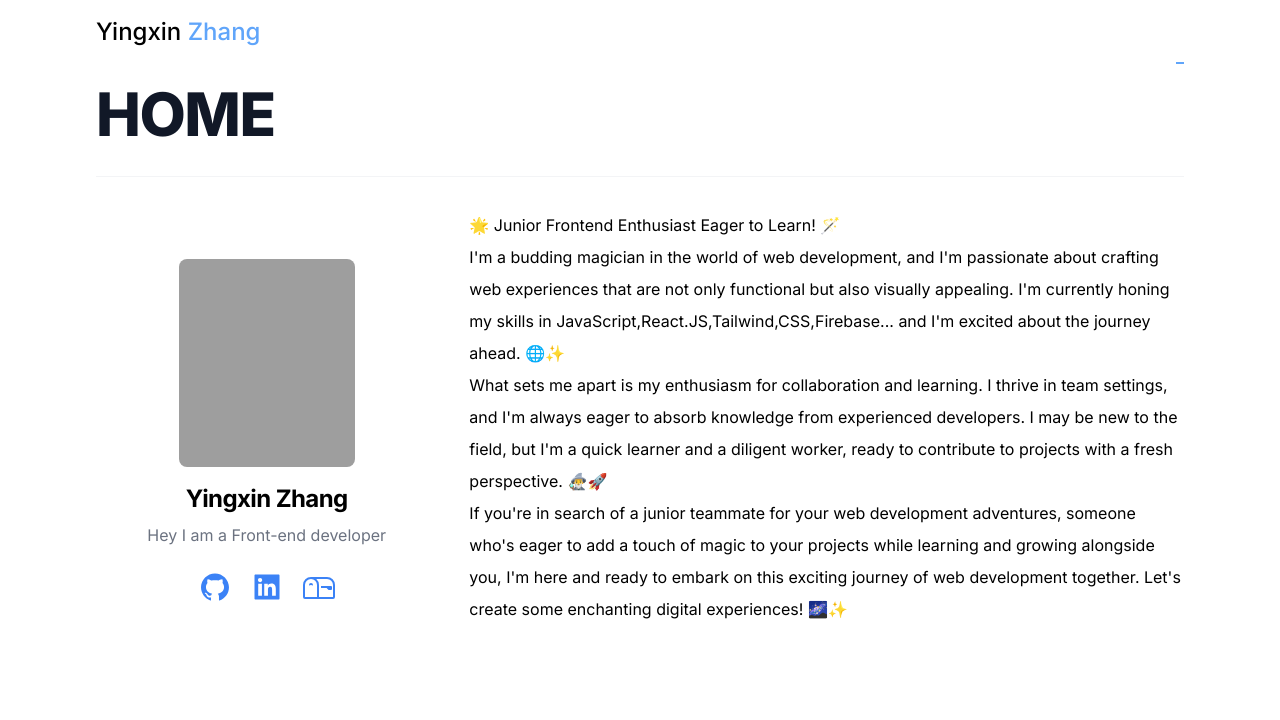
Repository: Tracy-maker/projects_collection
Page: /
The author's editor kept a copy of each file at every save. The page is drawn from the files as they stood at one save, then again after the next save.
The browser window is 1280 px wide. The pictures show the whole page.
Pictures or frames that could not be fetched are drawn as grey boxes. The project was rebuilt for these pictures with package versions that can differ from the ones it lists, and the page was loaded fresh each time. The framework's server and built-in components were replaced by stand-ins that run in the browser. Also part of the build but not shown: next.config.js.

Above is the page before, as saved 2023-11-27 15:58:56.

### app/layout.tsx
import "./globals.css";
import type { Metadata } from "next";
import { Inter } from "next/font/google";
import Navbar from "./components/NavBar";
import { Provider } from "./components/Provider";

const inter = Inter({ subsets: ["latin"] });

export const metadata: Metadata = {
  title: "Projects Collection",
  description: "project list",
};

export default function RootLayout({
  children,
}: {
  children: React.ReactNode;
}) {
  return (
    <html lang="en" suppressHydrationWarning>
      <body
        className={`${inter.className} bg-white text-black dark:bg-[#090908] dark:text-white h-full selection:bg-gray-500 dark:selection:bg-gray-800`}
      >
        <Provider>
          <Navbar />
          <main className="max-w-6xl mx-auto px-6 sm:px-8 lg:px-8">
            {children}
          </main>
        </Provider>
      </body>
    </html>
  );
}

### app/page.tsx
import Image from "next/image";
import myImage from "./utils/1.png";

export default function Home() {
  return (
    <div className="divide-y divide-gray-100 dark:divide-gray-700">
      <div className="space-y-2 pt-5 pb-8 md:space-x-5">
        <h1 className="text-3xl font-extrabold leading-9 tracking-tight text-gray-900 dark:text-gray-100 sm:text-4xl sm:leading-10 md:text-6xl md:leading-13">
          HOME
        </h1>
      </div>
      <div className="items-center space-y-2 xl:grid xl:grid-cols-3 xl:gap-x-8 xl:space-y-0">
        <div className="flex flex-col items-center pt-8">
          <Image
            alt="picture of my"
            src="https://i.ibb.co/MRHHtS5/Wechat-IMG7.jpg"
            width={700}
            height={500}
            className="h-52 w-44  rounded-lg object-cover object-top"
          />
          <h3 className="pt-4 pb-2 text-2xl font-bold leading-8 tracking-tight">
            Yingxin Zhang
          </h3>
          <p className="text-gray-500 dark:text-gray-300 text-center">
            Hey I am a Front-end developer
          </p>
          <div className="flex space-x-5 pt-6">
            <a href="https://github.com/Tracy-maker" target="_blank">
              <svg
                viewBox="0 0 1024 1024"
                fill="currentColor"
                className="w-8 h-8 text-blue-500"
              >
                <path d="M511.6 76.3C264.3 76.2 64 276.4 64 523.5 64 718.9 189.3 885 363.8 946c23.5 5.9 19.9-10.8 19.9-22.2v-77.5c-135.7 15.9-141.2-73.9-150.3-88.9C215 726 171.5 718 184.5 703c30.9-15.9 62.4 4 98.9 57.9 26.4 39.1 77.9 32.5 104 26 5.7-23.5 17.9-44.5 34.7-60.8-140.6-25.2-199.2-111-199.2-213 0-49.5 16.3-95 48.3-131.7-20.4-60.5 1.9-112.3 4.9-120 58.1-5.2 118.5 41.6 123.2 45.3 33-8.9 70.7-13.6 112.9-13.6 42.4 0 80.2 4.9 113.5 13.9 11.3-8.6 67.3-48.8 121.3-43.9 2.9 7.7 24.7 58.3 5.5 118 32.4 36.8 48.9 82.7 48.9 132.3 0 102.2-59 188.1-200 212.9a127.5 127.5 0 0138.1 91v112.5c.8 9 0 17.9 15 17.9 177.1-59.7 304.6-227 304.6-424.1 0-247.2-200.4-447.3-447.5-447.3z" />
              </svg>
            </a>
            <a
              href="https://www.linkedin.com/in/yingxin-zhang-ba1028212/"
              target="_blank"
            >
              <svg
                viewBox="0 0 1024 1024"
                fill="currentColor"
                className="w-8 h-8 text-blue-500"
              >
                <path d="M880 112H144c-17.7 0-32 14.3-32 32v736c0 17.7 14.3 32 32 32h736c17.7 0 32-14.3 32-32V144c0-17.7-14.3-32-32-32zM349.3 793.7H230.6V411.9h118.7v381.8zm-59.3-434a68.8 68.8 0 1168.8-68.8c-.1 38-30.9 68.8-68.8 68.8zm503.7 434H675.1V608c0-44.3-.8-101.2-61.7-101.2-61.7 0-71.2 48.2-71.2 98v188.9H423.7V411.9h113.8v52.2h1.6c15.8-30 54.5-61.7 112.3-61.7 120.2 0 142.3 79.1 142.3 181.9v209.4z" />
              </svg>
            </a>

            <a href="mailto:ydlvns@gmail.com" target="_blank">
              <svg
                fill="currentColor"
                viewBox="0 0 16 16"
                className="w-8 h-8 text-blue-500"
              >
                <path d="M4 4a3 3 0 00-3 3v6h6V7a3 3 0 00-3-3zm0-1h8a4 4 0 014 4v6a1 1 0 01-1 1H1a1 1 0 01-1-1V7a4 4 0 014-4zm2.646 1A3.99 3.99 0 018 7v6h7V7a3 3 0 00-3-3H6.646z" />
                <path d="M11.793 8.5H9v-1h5a.5.5 0 01.5.5v1a.5.5 0 01-.5.5h-1a.5.5 0 01-.354-.146l-.853-.854zM5 7c0 .552-.448 0-1 0s-1 .552-1 0a1 1 0 012 0z" />
              </svg>
            </a>
          </div>
        </div>
        <div className="prose max-w-none prose-lg pt-8 pb-7 leading-loose dark:prose-invert xl:col-span-2">
          <p>🌟 Junior Frontend Enthusiast Eager to Learn! 🪄</p>
          <p>
            I&apos;m a budding magician in the world of web development, and I&apos;m
            passionate about crafting web experiences that are not only
            functional but also visually appealing. I&apos;m currently honing my
            skills in JavaScript,React.JS,Tailwind,CSS,Firebase... and I&apos;m excited about the journey
            ahead. 🌐✨
          </p>
          <p>
            What sets me apart is my enthusiasm for collaboration and learning.
            I thrive in team settings, and I&apos;m always eager to absorb
            knowledge from experienced developers. I may be new to the field,
            but I&apos;m a quick learner and a diligent worker, ready to
            contribute to projects with a fresh perspective. 🧙‍♂️🚀
          </p>
          <p>
            If you&apos;re in search of a junior teammate for your web
            development adventures, someone who&apos;s eager to add a touch of
            magic to your projects while learning and growing alongside you,
            I&apos;m here and ready to embark on this exciting journey of web
            development together. Let&apos;s create some enchanting digital
            experiences! 🌌✨
          </p>
        </div>
      </div>
    </div>
  );
}

### app/components/NavBar.tsx
"use client";

import Link from "next/link";
import { usePathname } from "next/navigation";

export default function Navbar() {
  let pathname = usePathname() || "/";
  return (
    <div className="max-w-6xl mx-auto px-4 sm:px-6 lg:px-8">
      <div className="flex justify-between h-16">
        <div className="flex justify-between w-full">
          <div className="flex items-center">
            <Link href="/">
              <h1 className="text-2xl font-medium">
                Yingxin <span className="text-blue-400">Zhang</span>
              </h1>
            </Link>
          </div>

          <div className="hidden sm:ml-6 sm:flex sm:space-x-8 sm:items-center">
            <Link
              href="/"
              prefetch
              className={`${
                pathname === "/"
                  ? "border-blue-400 dark:text-white h-full inline-flex items-center px-1 pt-1 border-b-2 text-sm font-medium"
                  : "border-transparent text-gray-500 dark:text-gray-300 dark:hover:text-white inline-flex items-center px-1 pt-1 border-b-2 text-sm font-medium"
              }`}
            ></Link>
          </div>
        </div>
      </div>
    </div>
  );
}

### app/components/Provider.tsx
"use client";

import { ThemeProvider } from "next-themes";
import { ReactNode } from "react";

export function Provider({ children }: { children: ReactNode }) {
  return <ThemeProvider>{children}</ThemeProvider>;
}

### tailwind.config.ts
import type { Config } from "tailwindcss";

const config: Config = {
  content: [
    "./pages/**/*.{js,ts,jsx,tsx,mdx}",
    "./components/**/*.{js,ts,jsx,tsx,mdx}",
    "./app/**/*.{js,ts,jsx,tsx,mdx}",
  ],
  darkMode: "class",
  theme: {
    extend: {
      backgroundImage: {
        "gradient-radial": "radial-gradient(var(--tw-gradient-stops))",
        "gradient-conic":
          "conic-gradient(from 180deg at 50% 50%, var(--tw-gradient-stops))",
      },
    },
  },
  plugins: [],
};
export default config;

Loaded but not shown: app/globals.css (common file)

After the next save:
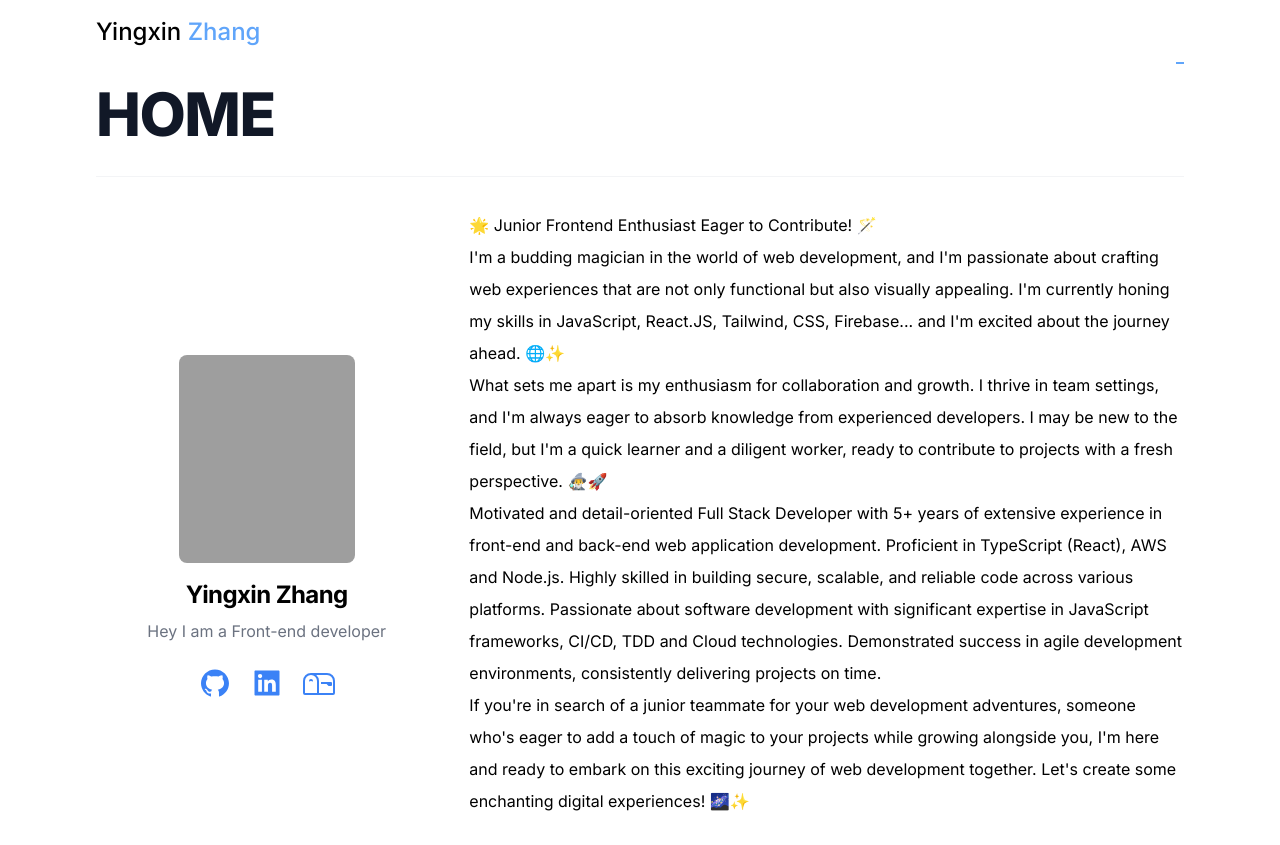
Saved 229 days later.
--- a/app/page.tsx
+++ b/app/page.tsx
@@ -60,29 +60,30 @@ export default function Home() {
           </div>
         </div>
         <div className="prose max-w-none prose-lg pt-8 pb-7 leading-loose dark:prose-invert xl:col-span-2">
-          <p>🌟 Junior Frontend Enthusiast Eager to Learn! 🪄</p>
-          <p>
-            I&apos;m a budding magician in the world of web development, and I&apos;m
-            passionate about crafting web experiences that are not only
-            functional but also visually appealing. I&apos;m currently honing my
-            skills in JavaScript,React.JS,Tailwind,CSS,Firebase... and I&apos;m excited about the journey
-            ahead. 🌐✨
-          </p>
-          <p>
-            What sets me apart is my enthusiasm for collaboration and learning.
-            I thrive in team settings, and I&apos;m always eager to absorb
-            knowledge from experienced developers. I may be new to the field,
-            but I&apos;m a quick learner and a diligent worker, ready to
-            contribute to projects with a fresh perspective. 🧙‍♂️🚀
-          </p>
-          <p>
-            If you&apos;re in search of a junior teammate for your web
-            development adventures, someone who&apos;s eager to add a touch of
-            magic to your projects while learning and growing alongside you,
-            I&apos;m here and ready to embark on this exciting journey of web
-            development together. Let&apos;s create some enchanting digital
-            experiences! 🌌✨
-          </p>
+        <p>🌟 Junior Frontend Enthusiast Eager to Contribute! 🪄</p>
+<p>
+  I&apos;m a budding magician in the world of web development, and I&apos;m
+  passionate about crafting web experiences that are not only functional but also visually appealing. I&apos;m currently honing my skills in JavaScript, React.JS, Tailwind, CSS, Firebase... and I&apos;m excited about the journey ahead. 🌐✨
+</p>
+<p>
+  What sets me apart is my enthusiasm for collaboration and growth.
+  I thrive in team settings, and I&apos;m always eager to absorb
+  knowledge from experienced developers. I may be new to the field,
+  but I&apos;m a quick learner and a diligent worker, ready to
+  contribute to projects with a fresh perspective. 🧙‍♂️🚀
+</p>
+<p>
+  Motivated and detail-oriented Full Stack Developer with 5+ years of extensive experience in front-end and back-end web application development. Proficient in TypeScript (React), AWS and Node.js. Highly skilled in building secure, scalable, and reliable code across various platforms. Passionate about software development with significant expertise in JavaScript frameworks, CI/CD, TDD and Cloud technologies. Demonstrated success in agile development environments, consistently delivering projects on time.
+</p>
+<p>
+  If you&apos;re in search of a junior teammate for your web
+  development adventures, someone who&apos;s eager to add a touch of
+  magic to your projects while growing alongside you,
+  I&apos;m here and ready to embark on this exciting journey of web
+  development together. Let&apos;s create some enchanting digital
+  experiences! 🌌✨
+</p>
+
         </div>
       </div>
     </div>
